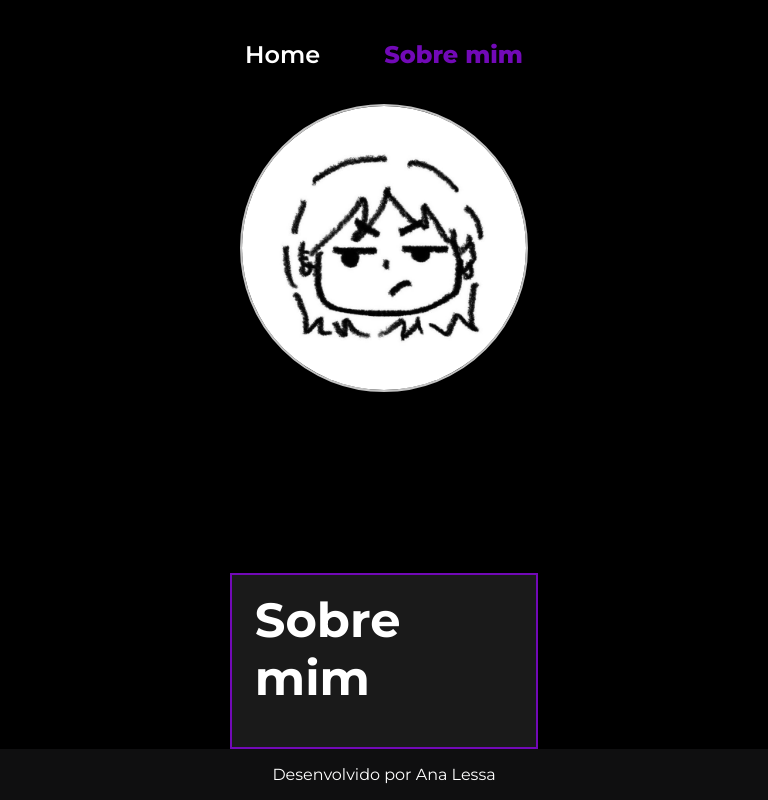
Repository: analessp/portfolio-developer
Page: about-me.html
These files come from the project's save history. The page is drawn as it stood at one moment and after a run of saves; the edit follows.
The browser window is 768 px wide. The pictures show the whole page.

Above is the page before, as saved 2025-04-24 11:56:59.

### about-me.html
<!DOCTYPE html>
<html lang="pt-BR">
<head>
    <meta charset="UTF-8">
    <meta name="viewport" content="width=device-width, initial-scale=1.0">
    <title>Sobre mim</title>
    <link rel="stylesheet" href="/style/style.css"
</head>
<body>
    <header>
        <nav>
            <ul class="navbar-list">
                <li>
                    <a href="index.html" class="page">Home</a>
                </li>
                <li>
                    <a href="about-me.html" class="page active">Sobre mim</a>
                </li>
            </ul>
        </nav>
    </header>
    <main>
        <div class="about-me">
            <h1>Sobre mim</h1>
            <p></p>
        </div>
        <img src="/assets/avatar.jfif" alt="Avatar de Ana Lessa" class="logo">
    </main>
    <footer>Desenvolvido por Ana Lessa</footer>
</body>
</html>

### style/style.css
@import url('https://fonts.googleapis.com/css2?family=Montserrat:ital,wght@0,100..900;1,100..900&display=swap');
@import url(/style/about-me.css);

* {
    margin: 0;
    padding: 0;
    box-sizing: border-box;
    font-family: "Montserrat", sans-serif;
}

html, body {
    height: 100%;
    margin: 0;
}

body {
    height: 100vh;
    width: 100%;
    background-color: black;
    color: white;
    display: flex;
    flex-direction: column;
    justify-content: space-between;
}

.navbar-list {
    padding-left: 120px;
    padding-top: 68px;
    display: flex;
    gap: 4rem;
    list-style-type: none;
    color: #7209b7;
    font-weight: 700;
    font-size: 1.5rem;
    margin-bottom: 3rem;
}

.page {
    text-decoration: none;
    color: white;
    font-weight: 600;
}

.active {
    font-weight: 800;
    color: #7209b7;
}

main {
    padding-left: 120px;
    display: flex;
    gap: 10rem;
    align-items: center;
}

.introduce {
    display: flex;
    flex-direction: column;
    gap: 1.5rem;
    width: 40%;
}

.introduce p {
    text-align: justify;
}

.title {
    text-align: center;
}

.title h1 {
    font-size: 3rem;
}

.title h2 {
    font-size: 1.5rem;
    color: #7209b7;
}

.social-links {
    list-style-type: none;
    display: flex;
    flex-direction: column;
    gap: 1.5rem;
    align-items: center;
}

.social-links li {
    border: 2px solid #c3c3c3;
    background-color: rgba(128, 128, 128, 0.454);
    padding: 1rem 0 1rem 0;
    width: 70%;
    text-align: center;
    border-radius: 12px;

&:hover {
    border: 2px solid rgba(128, 128, 128, 0.454);
    background-color: #7209b7;
    transition-duration: 400ms;
    transform: scale(1.1);
  }
}

.social-links a {
    text-decoration: none;
    color: white;
    font-weight: bold;
}

.logo {
    width: 25rem;
    border-radius: 50%;
    border: 2px solid #c3c3c3;
    height: fit-content;
    position: fixed;
    right: 15rem;
    top: 10rem;
}

footer {
    margin-top: auto;
    padding: 1rem 0 1rem 0;
    background-color: rgb(15, 15, 16);
    display: flex;
    flex-direction: column;
    align-items: center;
    gap: 1rem;
    flex-shrink: 0;
}

footer ul {
    display: flex;
    gap: 2rem;
    list-style: none;
    margin-bottom: 1rem;
}

footer a {
    text-decoration: none;
    color: white;
    font-weight: 600;
}

@media only screen and (max-width: 768px) {

    body {
        justify-content: center;
    }

    .navbar-list {
        justify-content: center;
        padding-left: 0;
        padding-top: 40px;
        margin-bottom: 0;
    }

    main {
        height: 100vh;
        margin-top: 0;
        flex-direction: column-reverse;
        padding-left: 0;
        gap: 1rem;
    }

    .introduce {
        justify-content: flex-end;
        width: 80%;
        margin-bottom: 8rem;
    }

    .logo {
        top: 6.5rem;
        width: 18rem;
    }

}

@media only screen and (max-width: 426px) {
    .logo {
        right: 16%;
    }

    .introduce {
        margin-bottom: 3rem;
    }

    .title h1 {
        font-size: 2.5rem;
        margin-bottom: 0.5rem;
    }
}

### style/about-me.css
.about-me {
    background-color: rgba(255, 255, 255, 0.1);
    display: flex;
    flex-direction: column;
    gap: 1.5rem;
    width: 40%;
    text-align: justify;
    padding: 1rem 1.4rem;
    border: 2px solid #7209b7;
}

.about-me h1 {
    font-size: 3rem;
}

.about-me p {
    font-weight: 300;
}

@media only screen and (max-width: 768px) {

After the next 13 saves:
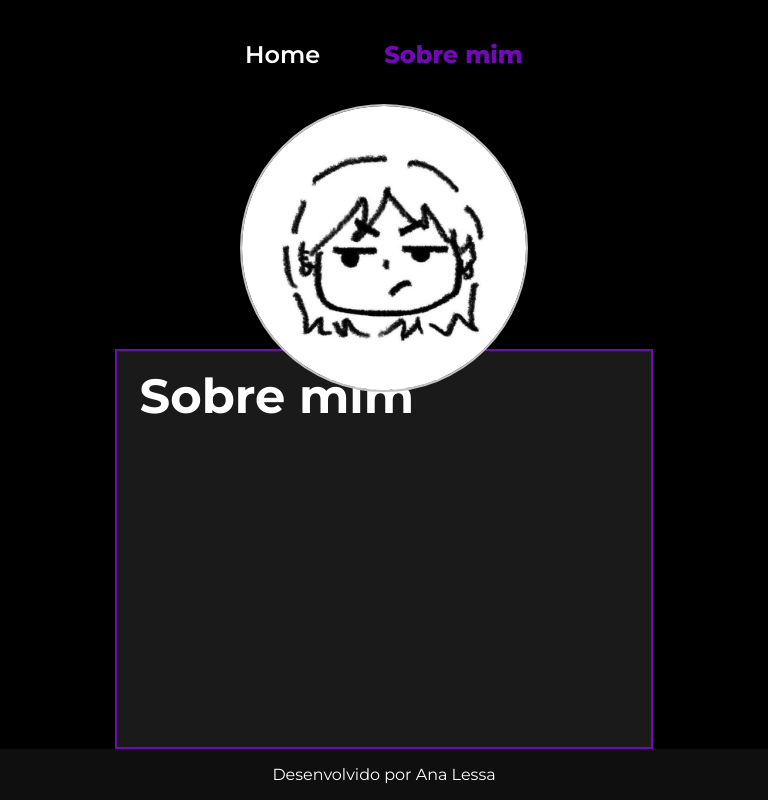
The 13 saves are shown as one change because they came seconds apart.
The last was saved 31 s later.
--- a/style/about-me.css
+++ b/style/about-me.css
@@ -18,3 +18,8 @@
 }
 
 @media only screen and (max-width: 768px) {
+    .about-me {
+        width: 70%;
+        height: 400px;
+        o
+    }
